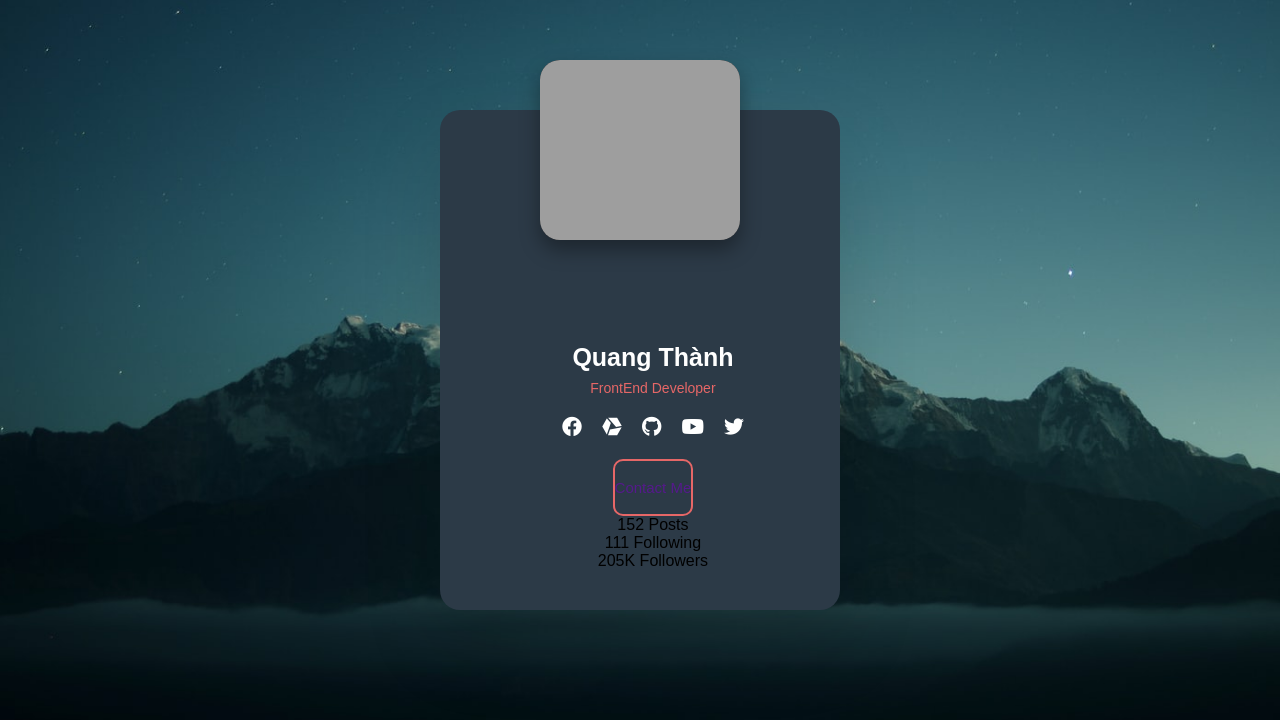
Repository: QuangThanh152/Profile-me
Page: index.html
An editor plug-in stored every save of this project. The page is shown before and after the next save, followed by the edit.
The browser window is 1280 px wide. The pictures show the whole page.
Pictures or frames that could not be fetched are drawn as grey boxes.

Above is the page before, as saved 2022-10-07 15:43:40.

After the next save:
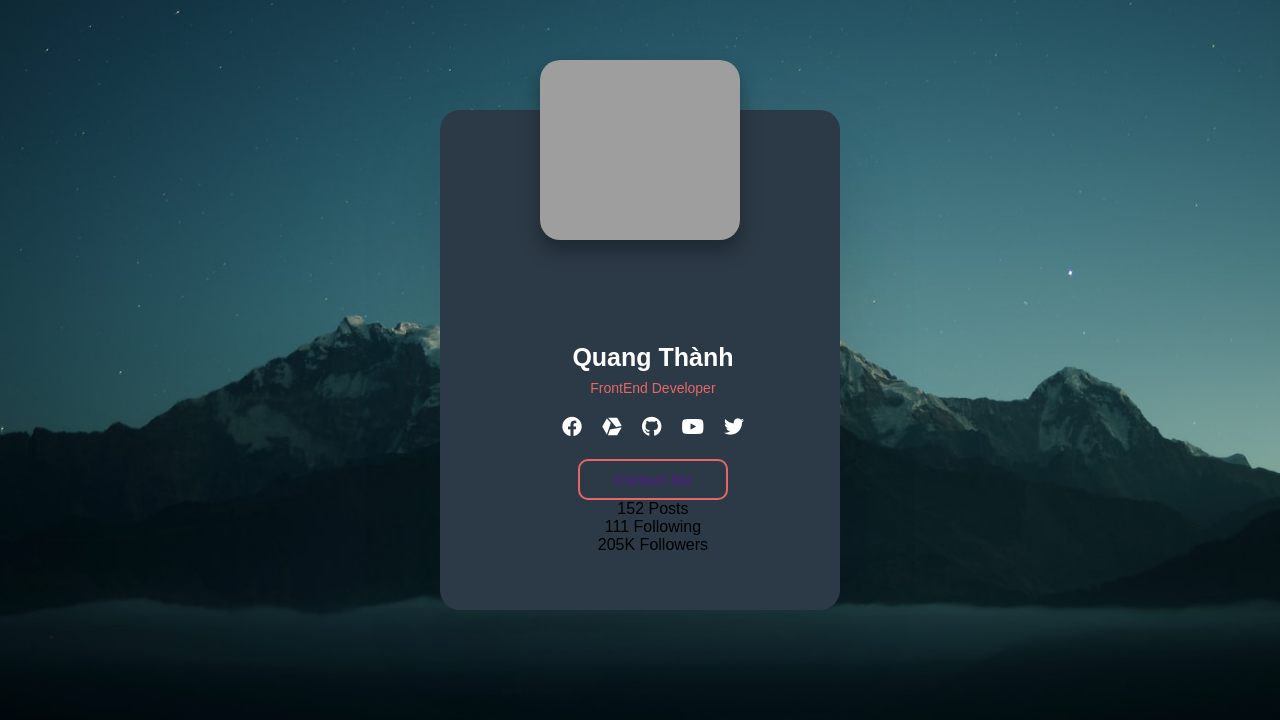
Saved 48 s later.
--- a/accets/main.css
+++ b/accets/main.css
@@ -89,7 +89,7 @@ body {
 .btn-contact {
     display: inline-block;
     font-size: 15px;
-    padding: 18px 0;
+    padding: 10px 35px;
     border: 2px solid #e66767;
     border-radius: 10px;
 }
